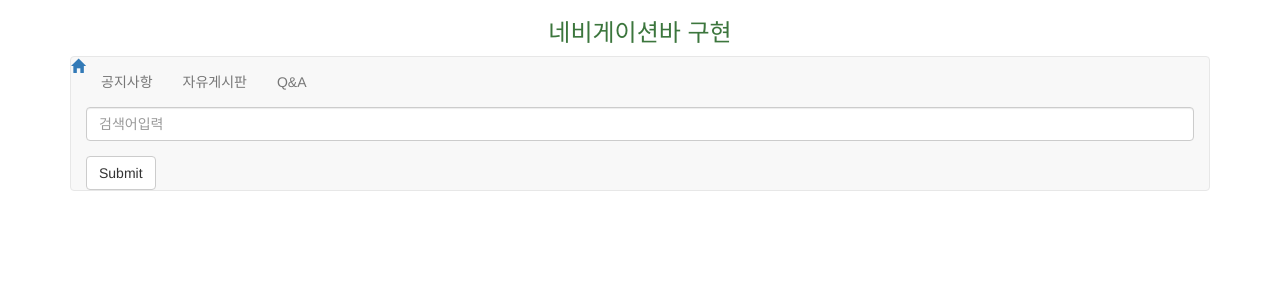
Repository: RYE415/4.jsp
Page: BootstrapTest/src/main/webapp/8.navigationbar/1.navbar.html
These files come from the project's save history. The page is drawn as it stood at one moment and after the next save; the edit follows.
The browser window is 1280 px wide. The pictures show the whole page.
Some web libraries are served in a nearby version.

Above is the page before, as saved 2022-08-10 05:29:39.

After the next save:
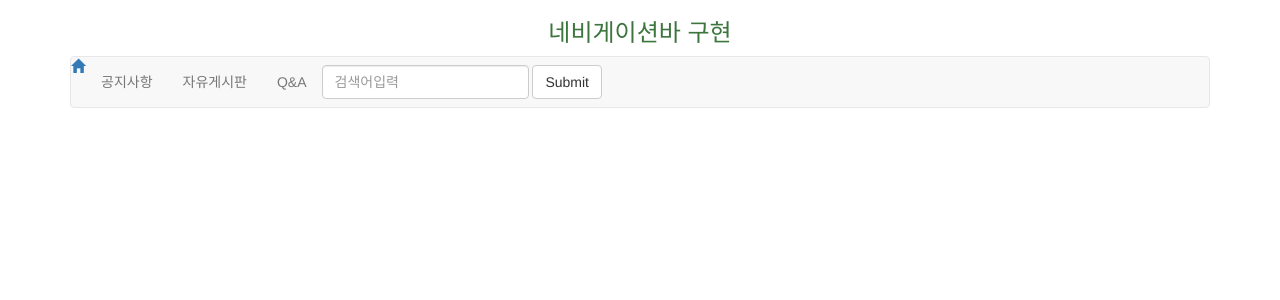
Saved 4 min 3 s later.
--- a/BootstrapTest/src/main/webapp/8.navigationbar/1.navbar.html
+++ b/BootstrapTest/src/main/webapp/8.navigationbar/1.navbar.html
@@ -69,13 +69,13 @@
     				<li><a href="#">공지사항</a></li>
     				<li><a href="#">자유게시판</a></li>
     				<li><a href="#">Q&A</a></li>
-
     			</ul>
     			<!--
     			검색폼(role="search")과 버튼 추가
     			1.navbar-form=>네비게이션바에 추가된 폼
+
     			-->
-    			<form role="search">
+    			<form class="navbar-form" role="search">
     				<div class="form-group">
     					<input type="text" class="form-control" placeholder="검색어입력">
     				</div>
